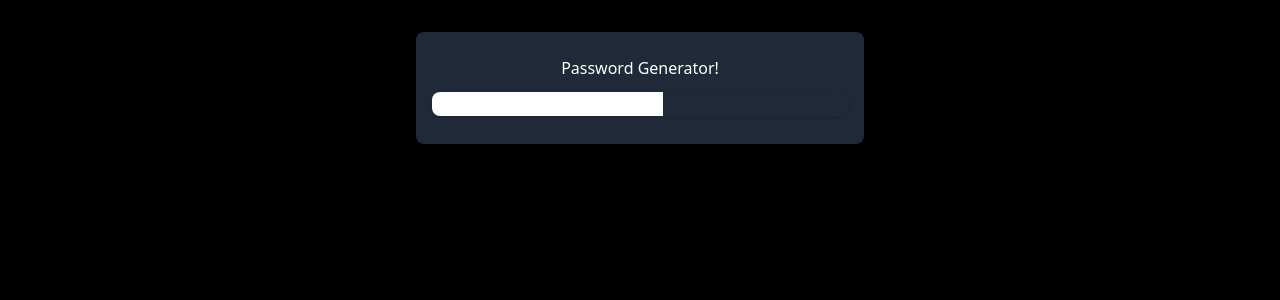
Repository: tirth2014/chai-aur-react
Page: / (app in 05_password-generator/)
An editor plug-in stored every save of this project. The page is shown before and after the next save, followed by the edit.
The browser window is 1280 px wide. The pictures show the whole page.
The project was rebuilt for these pictures with package versions that can differ from the ones it lists, and the page was loaded fresh each time. Also part of the build but not shown: 05_password-generator/vite.config.js.

Above is the page before, as saved 2023-10-07 16:36:40.

After the next save:
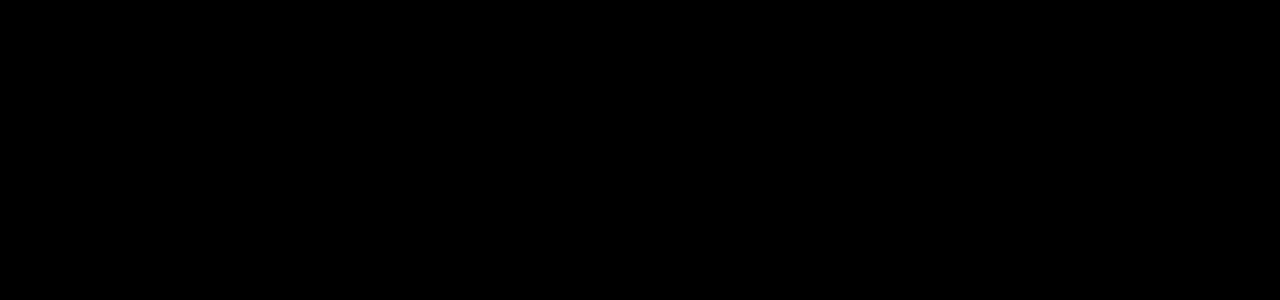
Console error: ReferenceError: password is not defined
Saved 29 s later.
--- a/05_password-generator/src/App.jsx
+++ b/05_password-generator/src/App.jsx
@@ -7,7 +7,7 @@
     <div className="w-full max-w-md mx-auto shadow-md rounded-lg px-4 py-3 my-8 bg-gray-800 text-orange-500">
         <h1 className='text-white text-center my-3'>Password Generator!</h1>
         <div className='flex shadow rounded-lg overflow-hidden mb-4'>
-          <input type="text" />
+          <input type="text" value={password}/>
         </div>
       </div>
     </>

After the 5 saves that followed:
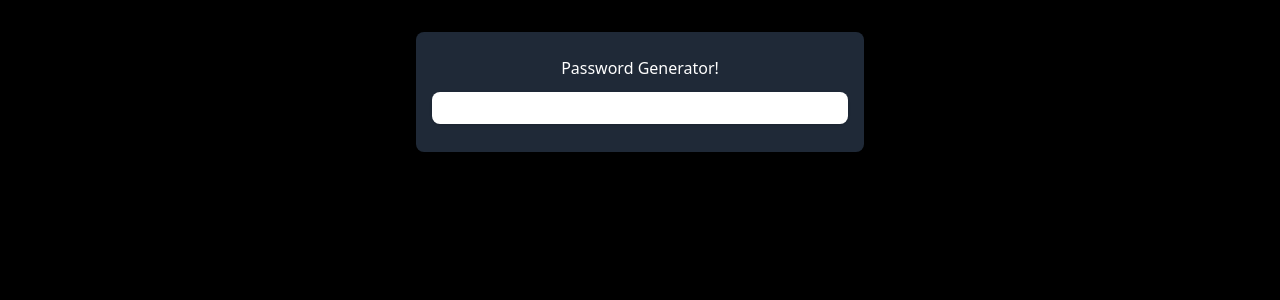
The error is gone.
The 5 saves are shown as one change because 4 left the picture as it was.
The last was saved 2 min 11 s later.
--- a/05_password-generator/src/App.jsx
+++ b/05_password-generator/src/App.jsx
@@ -1,13 +1,20 @@
 import { useState } from 'react'
 
 function App() {
+
+  const [password, setPassword] = useState('')
+  const [length, setLength] = useState(6)
 
   return (
     <>
     <div className="w-full max-w-md mx-auto shadow-md rounded-lg px-4 py-3 my-8 bg-gray-800 text-orange-500">
         <h1 className='text-white text-center my-3'>Password Generator!</h1>
         <div className='flex shadow rounded-lg overflow-hidden mb-4'>
-          <input type="text" value={password}/>
+          <input
+          type="text"
+          value={password}
+          className='outline-none w-full py-1 px-3'
+          />
         </div>
       </div>
     </>
